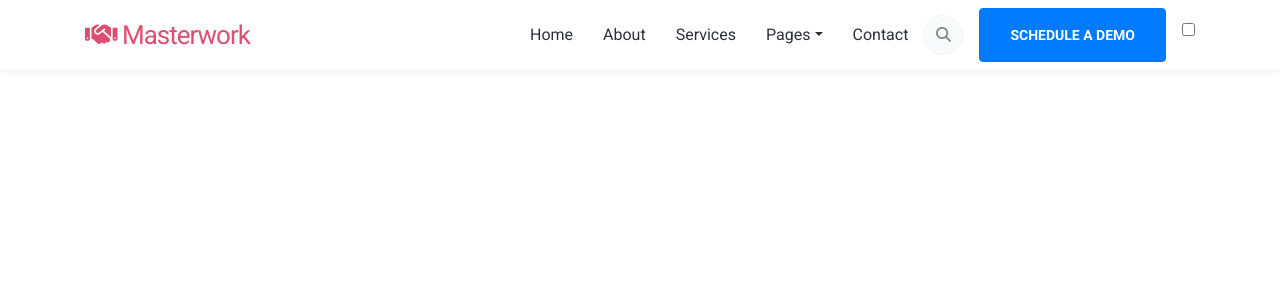
Repository: ducdatit2002/Capstone-masterwork
Page: index.html
These files come from the project's save history. The page is drawn as it stood at one moment and after a run of saves; the edit follows.
The browser window is 1280 px wide. The pictures show the whole page.
The pointer rests on the first visible `.btn-outline-primary`.

Above is the page before, as saved 2023-08-17 21:54:56.

### index.html
<!DOCTYPE html>
<html lang="en">
  <head>
    <title>Title</title>
    <!-- Required meta tags -->
    <meta charset="utf-8" />
    <meta
      name="viewport"
      content="width=device-width, initial-scale=1, shrink-to-fit=no"
    />
    <!-- FONT AWESOME -->
    <link
      rel="stylesheet"
      href="https://cdnjs.cloudflare.com/ajax/libs/font-awesome/6.4.2/css/all.min.css"
      integrity="sha512-z3gLpd7yknf1YoNbCzqRKc4qyor8gaKU1qmn+CShxbuBusANI9QpRohGBreCFkKxLhei6S9CQXFEbbKuqLg0DA=="
      crossorigin="anonymous"
      referrerpolicy="no-referrer"
    />
    <!-- GOOGLE FONT -->
    <link rel="preconnect" href="https://fonts.googleapis.com" />
    <link rel="preconnect" href="https://fonts.gstatic.com" crossorigin />
    <link
      href="https://fonts.googleapis.com/css2?family=Hind:wght@300;400;700&family=Nunito:wght@200;300;400;500;600;700;800;900;1000&family=Roboto:wght@300;400;500;700&display=swap"
      rel="stylesheet"
    />
    <!-- Bootstrap CSS -->
    <link
      rel="stylesheet"
      href="https://stackpath.bootstrapcdn.com/bootstrap/4.3.1/css/bootstrap.min.css"
      integrity="sha384-ggOyR0iXCbMQv3Xipma34MD+dH/1fQ784/j6cY/iJTQUOhcWr7x9JvoRxT2MZw1T"
      crossorigin="anonymous"
    />
    <!-- MAIN CSS -->
    <link rel="stylesheet" href="./css/index.css" />
  </head>
  <body>
    <!-- FOOTER (ĐẠT) -->
    <header class="main-header fixed-top nav-fixed">
      <div class="container">
        <nav class="navbar navbar-expand-lg stroke px-0 pt-lg-0">
          <h1>
            <a class="navbar-brand" href="">
              <span class="fa fa-handshake"></span> Masterwork
            </a>
          </h1>
          <!-- RESPONSIVE BUTTON ĐIỆN THOẠI -->
          <button
            class="navbar-toggler collapsed bg-gradient"
            type="button"
            data-toggle="collapse"
            data-target="#navbar-content"
            aria-controls="navbar-content"
            aria-expanded="false"
            aria-label="Toggle Navigation"
          >
            <span class="navbar-toggler-icon fa icon-expand fa-bars"></span>
            <span class="navbar-toggler-icon fa icon-close fa-times"></span>
          </button>

          <div class="collapse navbar-collapse" id="navbar-content">
            <ul id="primary-menu" class="navbar-nav ml-lg-auto">
              <li
                class="menu-item menu-item-type-post_type menu-item-object-page menu-item-home current-menu-item page_item page-item-9 current_page_item menu-item-20 nav-item active"
              >
                <a
                  href="#"
                  class="nav-link active"
                  >Home</a
                >
              </li>
              <li
                class="menu-item menu-item-type-post_type menu-item-object-page menu-item-26 nav-item"
              >
                <a
                  href="#"
                  class="nav-link"
                  >About</a
                >
              </li>
              <li
                class="menu-item menu-item-type-post_type menu-item-object-page menu-item-25 nav-item"
              >
                <a
                  href="#"
                  class="nav-link"
                  >Services</a
                >
              </li>
              <li
                class="menu-item menu-item-type-post_type menu-item-object-page menu-item-has-children menu-item-21 nav-item dropdown"
              >
                <a
                  href="#"
                  class="nav-link dropdown-toggle"
                  data-toggle="dropdown"
                  id="navbar-dropdown-menu-link-21"
                  aria-haspopup="true"
                  aria-expanded="false"
                  >Pages</a
                >
                <div
                  class="sub-menu dropdown-menu"
                  aria-labelledby="navbar-dropdown-menu-link-21"
                >
                  <a
                    href="#"
                    class="dropdown-item"
                    >Blog Posts</a
                  ><a
                    href="#"
                    class="dropdown-item"
                    id="menu-item-24"
                    >Landing page</a
                  ><a
                    href="#"
                    class="dropdown-item"
                    id="menu-item-22"
                    >404 page</a
                  >
                </div>
              </li>
              <li
                class="menu-item menu-item-type-post_type menu-item-object-page menu-item-23 nav-item"
              >
                <a
                  href="#"
                  class="nav-link"
                  >Contact</a
                >
              </li>
            </ul>

            <!--/search-right-->
            <div class="search-right HeaderSearch mr-lg-3">
              <a href="#search" class="search-search" title="search"
                ><span class="fa fa-search" aria-hidden="true"></span
              ></a>
              <!-- search popup -->
              <div id="search" class="pop-overlay">
                <div class="popup">
                  <form
                    action="#"
                    method="GET"
                    class="search-box d-sm-flex"
                  >
                    <input
                      type="search"
                      placeholder="Enter Keyword"
                      name="s"
                      required="required"
                      autofocus=""
                    />
                    <button type="submit" class="btn">Search</button>
                  </form>
                  <a class="close" href="#close">×</a>
                </div>
              </div>
              <!-- /search popup -->
            </div>
            <!--//search-right-->

            <!-- Buy button -->
            <div class="top-quote mr-lg-3 mt-lg-0 HeaderButton">
              <a class="btn btn-outline-primary theme-button" href="#demourl">
                Schedule a Demo</a
              >
            </div>
            <!-- Buy button -->
          </div>

          <!-- toggle switch for light and dark theme -->
          <div class="mobile-position DarkandLight">
            <nav class="navigation">
              <div class="theme-switch-wrapper">
                <label class="theme-switch" for="checkbox">
                  <input type="checkbox" id="checkbox" />
                  <div class="mode-container">
                    <i class="gg-sun"></i>
                    <i class="gg-moon"></i>
                  </div>
                </label>
              </div>
            </nav>
          </div>
          <!-- //toggle switch for light and dark theme -->
        </nav>
      </div>
    </header>
    <!-- BANNER (ĐẠT) -->
    <section class="banner"></section>
    <!-- WHY CHOOSE US (ĐẠT) -->
    <section class="chooseUs"></section>
    <!-- ABOUT OUR COMPANY (ĐẠT) -->
    <section class="ourCompany"></section>
    <!-- BANNER COMPANY (ĐẠT) -->
    <section class="bannerCompany"></section>
    <!-- QUESTION AND ANSWER (Đạt)-->
    <section class="questionAnswer"></section>
    <!-- FEATURED CASES (HUY) -->
    <section class="featured"></section>
    <!-- OUR CLIENTS (HUY)-->
    <section class="ourClients"></section>
    <!-- BOOKING (HUY)-->
    <section class="booking"></section>
    <!-- FOOTER (HUY)-->
    <footer></footer>

    <!-- POP UP -->
    <script type="text/javascript" src="chrome-extension://aggiiclaiamajehmlfpkjmlbadmkledi/popup.js" async=""></script>
    <script type="text/javascript" src="chrome-extension://aggiiclaiamajehmlfpkjmlbadmkledi/tat_popup.js" async=""></script>
    <!-- Optional JavaScript -->
    <!-- jQuery first, then Popper.js, then Bootstrap JS -->
    <script
      src="https://code.jquery.com/jquery-3.3.1.slim.min.js"
      integrity="sha384-q8i/X+965DzO0rT7abK41JStQIAqVgRVzpbzo5smXKp4YfRvH+8abtTE1Pi6jizo"
      crossorigin="anonymous"
    ></script>
    <script
      src="https://cdnjs.cloudflare.com/ajax/libs/popper.js/1.14.7/umd/popper.min.js"
      integrity="sha384-UO2eT0CpHqdSJQ6hJty5KVphtPhzWj9WO1clHTMGa3JDZwrnQq4sF86dIHNDz0W1"
      crossorigin="anonymous"
    ></script>
    <script
      src="https://stackpath.bootstrapcdn.com/bootstrap/4.3.1/js/bootstrap.min.js"
      integrity="sha384-JjSmVgyd0p3pXB1rRibZUAYoIIy6OrQ6VrjIEaFf/nJGzIxFDsf4x0xIM+B07jRM"
      crossorigin="anonymous"
    ></script>
  </body>
</html>

### css/index.css
* {
  margin: 0;
  padding: 0;
  box-sizing: border-box;
}
html,
body {
  font-family: "Hind", sans-serif;
  font-family: "Nunito", sans-serif;
  font-family: "Roboto", sans-serif;
}
/* HEADING */
.header-section {
  max-width: 750px;
  margin: 0 auto;
}
.header-section h1 {
  font-size: 16px;
  line-height: 20px;
  font-weight: 700;
  color: #dc4f72;
  text-transform: uppercase;
  margin-bottom: 5px;
}
.header-section h3 {
  color: #2c3038;
  font-size: 46px;
  line-height: 1;
  font-weight: 700;
}
.header-section p {
  color: #5a5a5a;
  font-size: 16px;
  line-height: 22.5px;
  font-weight: 400;
  margin-left: auto;
  margin-right: auto;
  margin-top: 5px;
}
/* HEADER */
li {
    list-style-type: none;
}
header.main-header {
    background-color: #fff;
    padding: 0px;
    transition: all 0.4s ease 0s;
    height: 90px;
    display: grid;
    align-items: center;
    box-shadow: 0 3px 9px rgba(0, 0, 0, 0.05);
}
.navbar {
    justify-content: space-between;
    padding: 0;
}
.navbar .navbar-brand {
    margin: 0;
    padding: 0;
    font-size: 26px;
    font-weight: 700;
    text-transform: capitalize;
    color: #dc4f72;
    letter-spacing: -1px;
}
.navbar-brand {
    display: inline-block;
    padding-top: 0.3125rem;
    padding-bottom: 0.3125rem;
    margin-right: 1rem;
    font-size: 1.25rem;
    line-height: inherit;
    white-space: nowrap;
}
header.nav-fixed {
    padding: 0px;
    background-color: #fff;
    height: 70px;
    border-bottom: none;
    box-shadow: 0 3px 6px 0 rgba(0, 0, 0, 0.05);
}
.nav-fixed .navbar-expand-lg .navbar-brand {
    color: #dc4f72;
}
.navbar .navbar-brand {
    margin: 0;
    padding: 0;
    font-size: 26px;
    font-weight: 400;
    text-transform: capitalize;
    color: #fff;
    letter-spacing: -1px;
}
.navbar-collapse {
    flex-basis: 100%;
    flex-grow: 1;
    align-items: center;
}
.navbar-nav {
    display: flex;
    flex-direction: column;
    padding-left: 0;
    margin-bottom: 0;
    list-style: none;
}
.navbar-expand-lg .navbar-nav .nav-item {
    padding: 0 15px;
    transition: all 0.5s ease;
    position: relative;
}
nav ul li {
    display: inline-block;
    text-align: center;
}
navbar-expand-lg .navbar-nav .nav-item.active .nav-link {
    color: #dc4f72;
}
.navbar-expand-lg .navbar-nav .nav-link {
    text-transform: capitalize;
    transition: all 0.5s ease;
    padding: 14px 0;
    font-size: 16px;
    font-weight: 400;
    color: #2C3038;
}
.navbar-expand-lg .navbar-nav .nav-link:hover {
    color: #dc4f72;
}
.navbar-nav .nav-link {
    padding-right: 0;
    padding-left: 0;
}
.nav-link {
    display: block;
    padding: 0.5rem 1rem;
}
a.nav-link:before, a.dropdown-item:before {
    position: absolute;
    content: '';
    background: #dc4f72;
    width: 0px;
    height: 2px;
    bottom: 13px;
}
.navbar-expand-lg .navbar-nav .nav-link:hover:before, a.dropdown-item:hover:before {
    width: 20px;
}
.search-right {
    align-items: center;
    display: inline-grid;
    grid-template-columns: auto 1fr;
}
a.search-search span.fa {
    color: #5a5a5a;
    font-size: 15px;
    opacity: .7;
    width: 40px;
    height: 40px;
    line-height: 38px;
    background: #F7F9FC;
    text-align: center;
    border-radius: 50px;
    border: 1px solid #eee;
}
a.search-search span.fa:hover {
    color: #2C3038;
    opacity: 1;
}
.search-right .pop-overlay {
    position: fixed;
    top: 0px;
    left: 0;
    right: 0;
    transition: opacity 0ms;
    visibility: hidden;
    opacity: 0;
    z-index: 99;
    background: #000000ba;
    box-shadow: 1px 1px 4px 0 rgba(0, 0, 0, 0.1);
    height: 100%;
    width: 100%;
}
.search-right .popup {
    position: relative;
    margin: 0rem auto;
    padding: 15px;
    top: 50%;
    max-width: 600px;
}

.search-right .popup .close {
    position: absolute;
    right: 20px;
    top: -50px;
    transition: all 200ms;
    font-size: 30px;
    text-decoration: none;
    color: #fff;
    opacity: 0.7;
}
.search-right .popup form input[type="search"] {
    font-style: normal;
    font-weight: normal;
    font-size: 16px;
    line-height: 25px;
    color: #5a5a5a;
    height: 55px;
    padding: 15px 20px 12px;
    background: #fff;
    width: 100%;
    border: 1px solid #eee;
    border-radius: 0;
    border-bottom-left-radius: 6px;
    border-top-left-radius: 6px;
    border-right: none;
}
.search-right .popup form button {
    font-size: 17px;
    line-height: 28px;
    text-align: center;
    color: #F5F9FC;
    font-weight: 500;
    height: 55px;
    border: none;
    background: #dc4f72;
    padding: 0 25px;
    border-left: none;
    border-radius: initial;
    border-bottom-right-radius: 6px;
    border-top-right-radius: 6px;
}
.search-right .popup .close {
    position: absolute;
    right: 20px;
    top: -50px;
    transition: all 200ms;
    font-size: 30px;
    text-decoration: none;
    color: #fff;
    opacity: 0.7;
}
.theme-button {
    transition: 0.3s ease-out;
    display: inline-block;
    line-height: 52px;
    font-weight: 700;
    font-size: 14px;
    margin: 0px;
    padding: 0px 30px;
    text-transform: uppercase;
}
.btn-outline-primary {
    color: #dc4f72;
    border-color: #dc4f72;
}

After the next 2 saves:
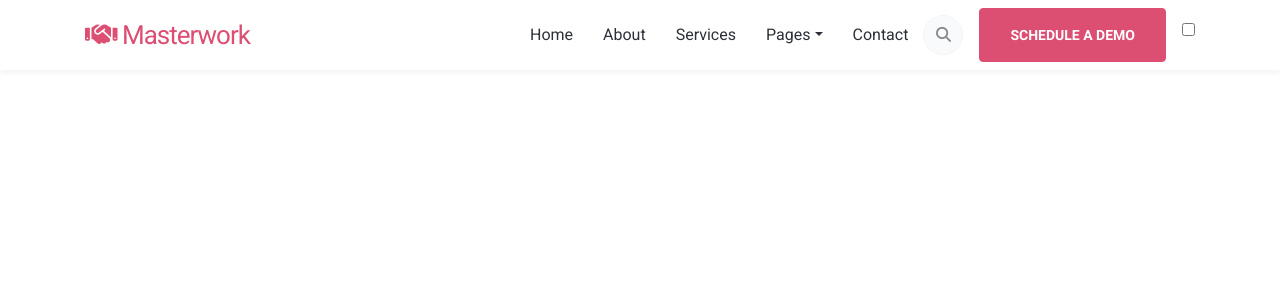
The 2 saves are shown as one change because they came seconds apart.
The last was saved 38 s later.
--- a/css/index.css
+++ b/css/index.css
@@ -253,3 +253,8 @@
     color: #dc4f72;
     border-color: #dc4f72;
 }
+.btn-outline-primary:hover {
+    color: #fff;
+    background-color: #dc4f72;
+    border-color: #dc4f72;
+}
